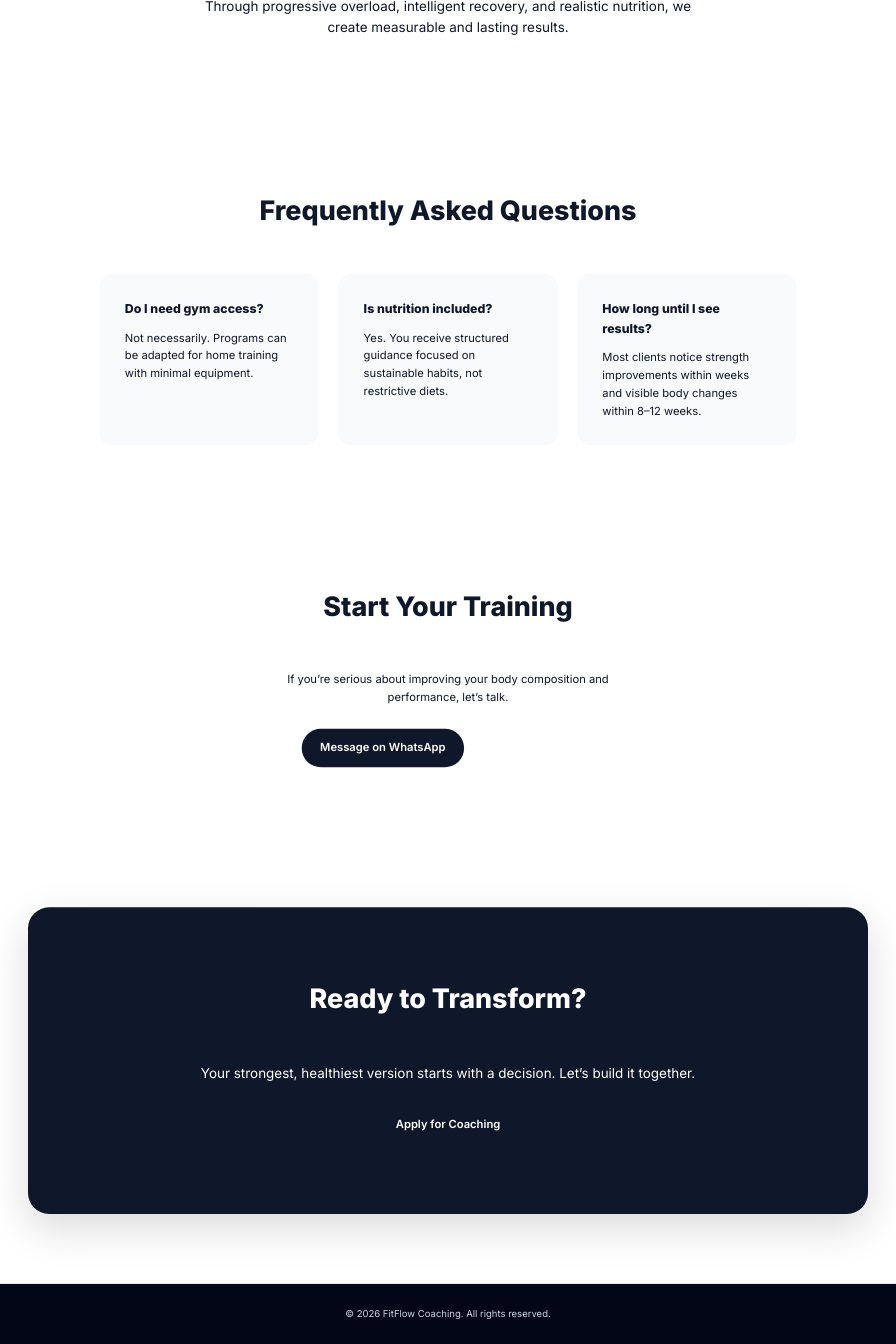
Repository: davidfsillva/Hailey-Reed-Coaching
Page: index.html
The author's editor kept a copy of each file at every save. The page is drawn from the files as they stood at one save, then again after a run of saves.
The browser window is 1280 px wide. The pictures show the part of the page from y = 3303 to 5223 px (the page is 5223 px tall before and 5221 px after), at 70% of full size.

Above is the page before, as saved 2026-02-11 18:18:33.

### index.html
<!DOCTYPE html>
<html lang="en">
<head>
  <meta charset="UTF-8" />
  <meta name="viewport" content="width=device-width, initial-scale=1.0" />
  <title>Personal Trainer | Online Coaching</title>
  <link rel="stylesheet" href="style.css" />
  <link rel="preconnect" href="https://fonts.googleapis.com">
  <link rel="preconnect" href="https://fonts.gstatic.com" crossorigin>
  <link href="https://fonts.googleapis.com/css2?family=Inter:wght@400;600;800&display=swap" rel="stylesheet">
</head>
<body>

<header class="hero">
  <nav class="nav">
    <h1 class="logo">Hailey Reed</h1>
    <div class="nav-links">
      <a href="#programs">Programs</a>
      <a href="#results">Results</a>
      <a href="#contact">Contact</a>
    </div>
  </nav>

  <img class="hero-img" src="img/Photoroom_20260211_45117 PM.png" alt="Trainer" />

  <div class="hero-gradient"></div>

  <div class="hero-content">
    <div class="hero-text">
      <h2 class="hero-title">
        Stronger.<br>
        Healthier.<br>
        Focused.
      </h2>
      <p>
        Evidence-based training designed for women who <br>
        want real strength, visible definition, and long-term <br>
        consistency — without wasting time.
      </p>
      <div class="cta-group">
        <a href="https://wa.me/5599999999999" target="_blank" class="btn primary">
          WhatsApp Consultation
        </a>
      </div>
    </div>

    <div class="hero-card">
      <span class="tag">Online Coaching</span>
      <h3>Personalized Training System</h3>
      <p>
        Custom workouts, progress tracking, weekly adjustments
        and direct communication with me.
      </p>
    </div>
  </div>
</header>

<!-- ABOUT SECTION -->
<section class="section">
  <h3>About Hailey</h3>
  <div class="testimonial">
    <p>
      With over 8 years of experience in strength training and female body
      recomposition, I specialize in helping women build confidence through
      structured and science-based training.
    </p>
    <p>
      My philosophy is simple: smart programming, proper execution,
      and long-term sustainability. No extremes. Just real results.
    </p>
  </div>
</section>

<section id="programs" class="section">
  <h3>Coaching Programs</h3>

  <div class="cards">
    <div class="card">
      <h4>Strength & Definition</h4>
      <p>
        Focused on muscle tone, posture, and progressive overload.
        Ideal for women who want visible results.
      </p>
    </div>

    <div class="card">
      <h4>Fat Loss Strategy</h4>
      <p>
        Training combined with realistic nutrition guidance.
        No extreme diets. Sustainable execution.
      </p>
    </div>

    <div class="card">
      <h4>Beginner to Advanced</h4>
      <p>
        Structured plans adapted to your experience, routine,
        and available equipment.
      </p>
    </div>
  </div>
</section>

<!-- HOW IT WORKS -->
<section class="section dark">
  <h3>How It Works</h3>

  <div class="cards">
    <div class="card">
      <h4>1. Initial Consultation</h4>
      <p>
        We discuss your goals, routine, training history,
        and current physical condition.
      </p>
    </div>

    <div class="card">
      <h4>2. Custom Plan Creation</h4>
      <p>
        A personalized workout structure is designed
        specifically for your body and objectives.
      </p>
    </div>

    <div class="card">
      <h4>3. Weekly Adjustments</h4>
      <p>
        Progress tracking and adjustments ensure continuous
        improvement and optimal results.
      </p>
    </div>
  </div>
</section>

<section id="results" class="section dark">
  <h3>Client Feedback</h3>

  <div class="testimonial">
    <p>
      “This coaching completely changed how I train.
      Every session has a clear purpose and I finally feel strong.”
    </p>
    <span>— Samantha M.</span>
  </div>
</section>

<!-- TRANSFORMATION PROCESS -->
<section class="section">
  <h3>The Transformation Process</h3>

  <div class="testimonial">
    <p>
      Sustainable transformation is not about intensity —
      it's about consistency.
    </p>
    <p>
      Through progressive overload, intelligent recovery,
      and realistic nutrition, we create measurable and lasting results.
    </p>
  </div>
</section>

<!-- FAQ -->
<section class="section">
  <h3>Frequently Asked Questions</h3>

  <div class="cards">
    <div class="card">
      <h4>Do I need gym access?</h4>
      <p>
        Not necessarily. Programs can be adapted for home training
        with minimal equipment.
      </p>
    </div>

    <div class="card">
      <h4>Is nutrition included?</h4>
      <p>
        Yes. You receive structured guidance focused on sustainable habits,
        not restrictive diets.
      </p>
    </div>

    <div class="card">
      <h4>How long until I see results?</h4>
      <p>
        Most clients notice strength improvements within weeks
        and visible body changes within 8–12 weeks.
      </p>
    </div>
  </div>
</section>

<section id="contact" class="section">
  <h3>Start Your Training</h3>
  <p class="contact-text">
    If you’re serious about improving your body composition
    and performance, let’s talk.
  </p>

  <div class="cta-group center">
    <a href="https://wa.me/5599999999999" target="_blank" class="btn primary">
      Message on WhatsApp
    </a>
    <a href="https://instagram.com/seuinstagram" target="_blank" class="btn secondary">
      Visit Instagram
    </a>
  </div>
</section>

<!-- FINAL CTA SECTION -->
<section class="section dark">
  <div class="testimonial">
    <h3>Ready to Transform?</h3>
    <p>
      Your strongest, healthiest version starts with a decision.
      Let’s build it together.
    </p>
    <div class="cta-group center">
      <a href="https://wa.me/5599999999999" target="_blank" class="btn primary">
        Apply for Coaching
      </a>
    </div>
  </div>
</section>

<footer class="footer">
  <p>© 2026 FitFlow Coaching. All rights reserved.</p>
</footer>

<script src="script.js"></script>
</body>
</html>

### style.css
:root {
  --pink: #f07aa5;
  --blue: #2e8bc0;
  --dark: #0f172a;
  --light: #ffffff;
  --muted: #cbd5e1;
}

/* ================= RESET ================= */
* {
  margin: 0;
  padding: 0;
  box-sizing: border-box;
  font-family: 'Inter', sans-serif;
}

body {
  background: var(--light);
  color: var(--dark);
  line-height: 1.6;
}

/* ================= HERO ================= */
.hero {
  position: relative;
  min-height: 100vh;
  padding: 32px 8%;
  color: white;
  overflow: hidden;
}

/* IMAGEM */
.hero-img {
  position: absolute;
  top: 50%;
  left: 50%;
  transform: translate(-50%, -50%);
  width: 60%;
  max-width: 500px;
  height: auto;
  z-index: 2;
}

/* GRADIENTE */
.hero-gradient {
  position: absolute;
  inset: 0;
  background: linear-gradient(
    120deg,
    rgba(240,122,165,0.85),
    rgba(46,139,192,0.85)
  );
  z-index: 1;
}

/* CONTEÚDO */
.hero-content {
  position: relative;
  z-index: 5;
}

/* TEXTO */
.hero-text {
  display: flex;
  flex-direction: column;
  justify-content: center;
  height: 85vh;
  max-width: 550px;
}

.hero-title {
  font-size: clamp(2.8rem, 5vw, 4.5rem);
  line-height: 1.05;
  margin-bottom: 24px;
}

.hero-text p {
  max-width: 480px;
  font-size: 1rem;
  color: #f1f5f9;
}

/* BLUR INFERIOR */
.hero::after {
  content: "";
  position: absolute;
  bottom: 0;
  left: 0;
  width: 100%;
  height: 120px;
  backdrop-filter: blur(6px);
  -webkit-backdrop-filter: blur(6px);
  mask-image: linear-gradient(to top, black 40%, transparent 100%);
  pointer-events: none;
  z-index: 3;
}

/* ================= BOTÕES ================= */
.cta-group {
  display: flex;
  gap: 16px;
  margin-top: 32px;
  flex-wrap: wrap;
}

.btn {
  padding: 14px 26px;
  border-radius: 999px;
  font-weight: 600;
  text-decoration: none;
  transition: 0.3s ease;
  display: inline-block;
}

.btn.primary {
  background: var(--dark);
  color: white;
}

.btn.dark:hover {
  background: #1e293b;
}


.btn.secondary {
  border: 1px solid white;
  color: white;
}

.btn:hover {
  transform: translateY(-3px);
}



/* ================= HERO CARD ================= */
.hero-card {
  position: absolute;
  top: 42%;
  right: 8%;
  width: 300px;
  background: rgba(255,255,255,0.15);
  backdrop-filter: blur(18px);
  padding: 32px;
  border-radius: 20px;
  z-index: 4;
}

.hero-card {
  position: absolute;
  top: 42%;
  right: 3%;
  width: 300px;
}



.hero-card h3 {
  margin: 12px 0;
}

/* ================= NAVBAR ================= */
.nav {
  position: relative;
  z-index: 10;
  display: flex;
  justify-content: space-between;
  align-items: center;
}

.logo {
  font-weight: 800;
  font-size: 1.4rem;
}

.nav-links a {
  position: relative;
  color: white;
  margin-left: 24px;
  text-decoration: none;
  font-weight: 500;
  padding-bottom: 4px;
}

.nav-links a::after {
  content: "";
  position: absolute;
  left: 0;
  bottom: 0;
  width: 0%;
  height: 2px;
  background: white;
  transition: width 0.3s ease;
}

.nav-links a:hover::after {
  width: 100%;
}

/* ================= SECTIONS ================= */
.section {
  padding: 100px 8%;
  max-width: 1200px;
  margin: auto;
}

.section h3 {
  font-size: 2.4rem;
  margin-bottom: 60px;
  text-align: center;
}

.cards {
  display: grid;
  grid-template-columns: repeat(auto-fit, minmax(260px, 1fr));
  gap: 28px;
}

.card {
  background: #f8fafc;
  padding: 36px;
  border-radius: 18px;
  transition: 0.3s ease;
}

.card:hover {
  transform: translateY(-6px);
}

.card h4 {
  margin-bottom: 14px;
  font-size: 1.1rem;
}

/* ================= DARK SECTIONS ================= */
.dark {
  background: #0f172a;
  border-radius: 30px;
  color: white;
  margin: 100px auto;
  padding: 100px 8%;
  box-shadow: 0 20px 60px rgba(0,0,0,0.15);
}


.dark .card {
  background: rgba(255,255,255,0.06);
  color: white;
}

.dark .card:hover {
  background: rgba(255,255,255,0.1);
}

/* ================= TESTIMONIAL ================= */
.testimonial {
  max-width: 750px;
  margin: auto;
  text-align: center;
}

.testimonial p {
  font-size: 1.2rem;
  margin-bottom: 16px;
}

.contact-text {
  text-align: center;
  max-width: 520px;
  margin: 0 auto 32px;
}

.center {
  justify-content: center;
}

/* ================= FOOTER ================= */
.footer {
  padding: 32px;
  text-align: center;
  background: #020617;
  color: var(--muted);
  font-size: 0.85rem;
}

/* ================= RESPONSIVE ================= */
@media (max-width: 1024px) {

  .hero-card {
    position: relative;
    top: unset;
    right: unset;
    margin-top: 40px;
    width: 100%;
    max-width: 400px;
  }

  .hero-text {
    height: auto;
    text-align: center;
    margin-top: 80px;
  }

  .hero-text p {
    margin: auto;
  }

  .hero-img {
    width: 75%;
  }
}

@media (max-width: 768px) {

  .nav {
    flex-direction: column;
    gap: 16px;
  }

  .nav-links a {
    margin-left: 0;
  }

  .hero-img {
    width: 90%;
  }

  .hero-title {
    font-size: 2.4rem;
  }

  .section {
    padding: 80px 6%;
  }
}

@media (max-width: 480px) {

  .hero {
    padding: 24px 6%;
  }

  .btn {
    width: 100%;
    text-align: center;
  }

  .cta-group {
    flex-direction: column;
  }
}

### script.js
// ===============================
// SMOOTH SCROLL
// ===============================
document.querySelectorAll('a[href^="#"]').forEach(anchor => {
  anchor.addEventListener('click', function (e) {
    e.preventDefault();
    document.querySelector(this.getAttribute('href'))
      .scrollIntoView({ behavior: 'smooth' });
  });
});


// ===============================
// NAVBAR SCROLL EFFECT
// ===============================
const nav = document.querySelector(".nav");

window.addEventListener("scroll", () => {
  if (window.scrollY > 50) {
    nav.style.background = "rgba(15, 23, 42, 0.85)";
    nav.style.backdropFilter = "blur(10px)";
    nav.style.padding = "16px 8%";
    nav.style.transition = "0.3s ease";
  } else {
    nav.style.background = "transparent";
    nav.style.backdropFilter = "none";
    nav.style.padding = "0";
  }
});


// ===============================
// SCROLL REVEAL EFFECT
// ===============================
const revealElements = document.querySelectorAll(".section, .card, .testimonial");

const revealOnScroll = () => {
  const triggerBottom = window.innerHeight * 0.85;

  revealElements.forEach(el => {
    const elementTop = el.getBoundingClientRect().top;

    if (elementTop < triggerBottom) {
      el.style.opacity = "1";
      el.style.transform = "translateY(0)";
    }
  });
};

// Estado inicial
revealElements.forEach(el => {
  el.style.opacity = "0";
  el.style.transform = "translateY(40px)";
  el.style.transition = "all 0.8s ease";
});

window.addEventListener("scroll", revealOnScroll);
window.addEventListener("load", revealOnScroll);


// ===============================
// HERO IMAGE PARALLAX
// ===============================
const heroImg = document.querySelector(".hero-img");

window.addEventListener("scroll", () => {
  let scrollPosition = window.scrollY;
  heroImg.style.transform = `translate(-50%, calc(-50% + ${scrollPosition * 0.15}px))`;
});


// ===============================
// BUTTON FADE-IN ON LOAD
// ===============================
window.addEventListener("load", () => {
  const buttons = document.querySelectorAll(".btn");

  buttons.forEach((btn, index) => {
    btn.style.opacity = "0";
    btn.style.transform = "translateY(20px)";
    btn.style.transition = "all 0.6s ease";

    setTimeout(() => {
      btn.style.opacity = "1";
      btn.style.transform = "translateY(0)";
    }, 400 + index * 200);
  });
});


// ===============================
// CARD HOVER GLOW EFFECT
// ===============================
const cards = document.querySelectorAll(".card");

cards.forEach(card => {
  card.addEventListener("mousemove", (e) => {
    const rect = card.getBoundingClientRect();
    const x = e.clientX - rect.left;
    const y = e.clientY - rect.top;

    card.style.background = `
      radial-gradient(circle at ${x}px ${y}px,
      rgba(240,122,165,0.15),
      rgba(255,255,255,0.03))
    `;
  });

  card.addEventListener("mouseleave", () => {
    card.style.background = "";
  });
});

After the next 2 saves:
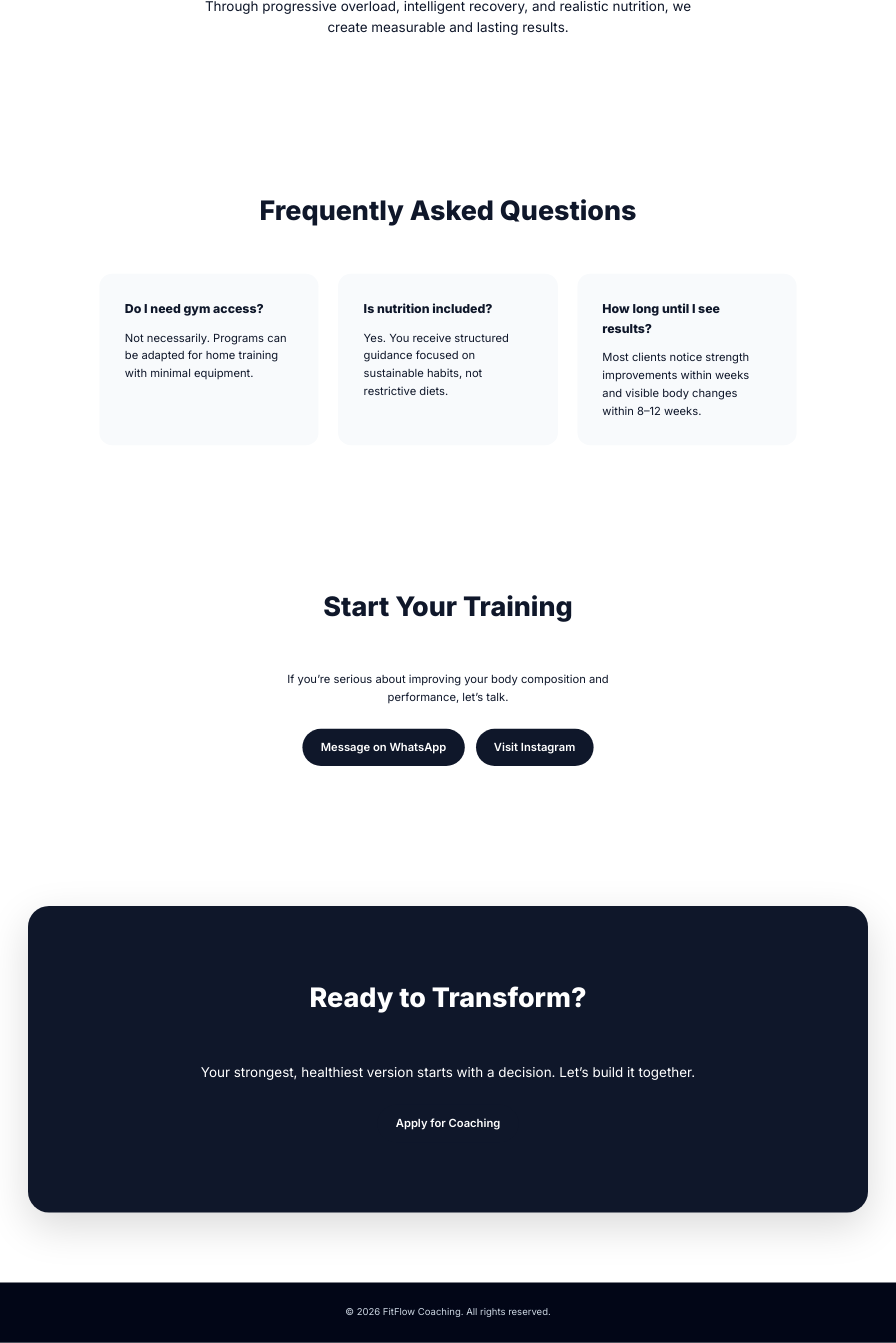
The 2 saves are shown as one change because they came seconds apart.
The last was saved 25 s later.
--- a/style.css
+++ b/style.css
@@ -123,13 +123,14 @@ body {
 
 
 .btn.secondary {
-  border: 1px solid white;
-  color: white;
-}
-
-.btn:hover {
-  transform: translateY(-3px);
-}
+  background: var(--dark);
+  color: white;
+}
+
+.btn.dark:hover {
+  background: #1e293b;
+}
+
 
 
 
